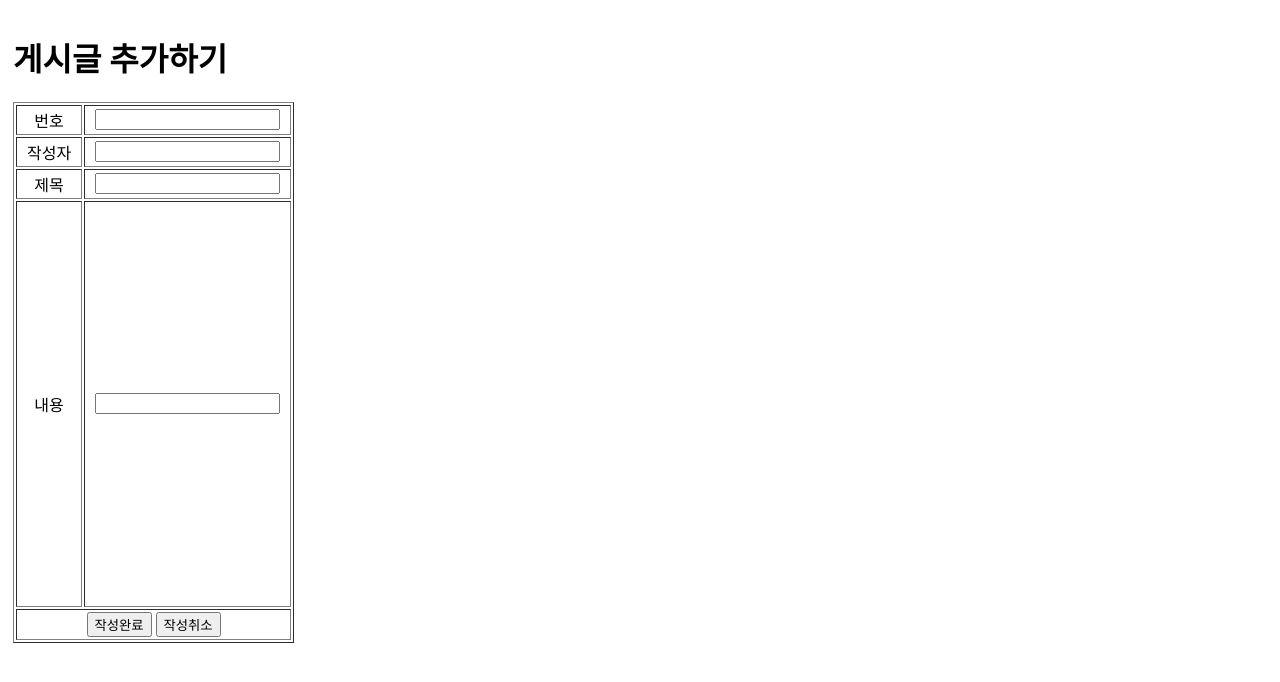
Repository: jjuhye/JSPWorkspace
Page: http://localhost/basic/00_board/_04_addBoard.jsp
These files come from the project's save history. The page is drawn as it stood at one moment and after the next save; the edit follows.
The browser window is 1280 px wide. The pictures show the whole page.
The page is served by Tomcat 9.

Above is the page before, as saved 2023-02-24 07:32:44.

After the next save:
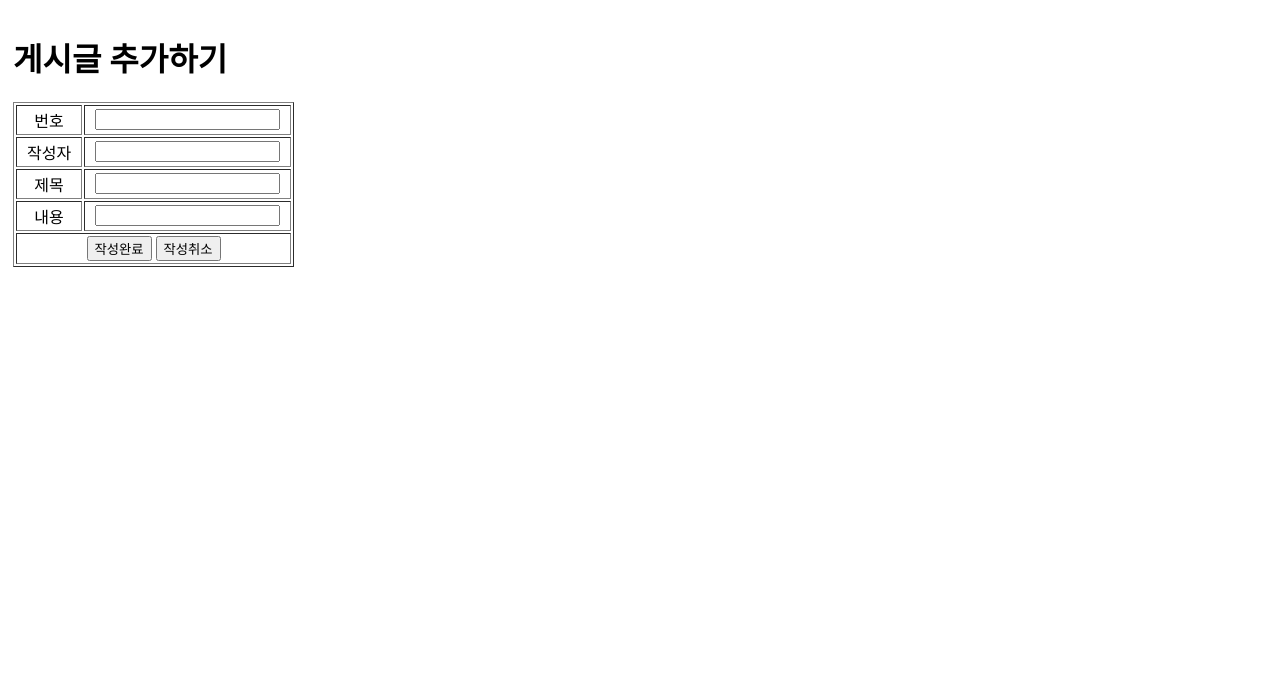
Saved 20 s later.
--- a/basic/src/main/webapp/00_board/_04_addBoard.jsp
+++ b/basic/src/main/webapp/00_board/_04_addBoard.jsp
@@ -18,8 +18,8 @@
 		<td><input></td></tr>
 		<tr><td>제목</td>
 		<td><input></td></tr>
-		<tr><td height="400px">내용</td>
-		<td><input></td></tr>
+		<tr><td>내용</td>
+		<td><input height="400px"></td></tr>
 		<tr><td colspan="2"><input type="button" name="write" value="작성완료">
 	    	<button onclick="location.href='_00_main.jsp'">작성취소</button></td></tr>
 
